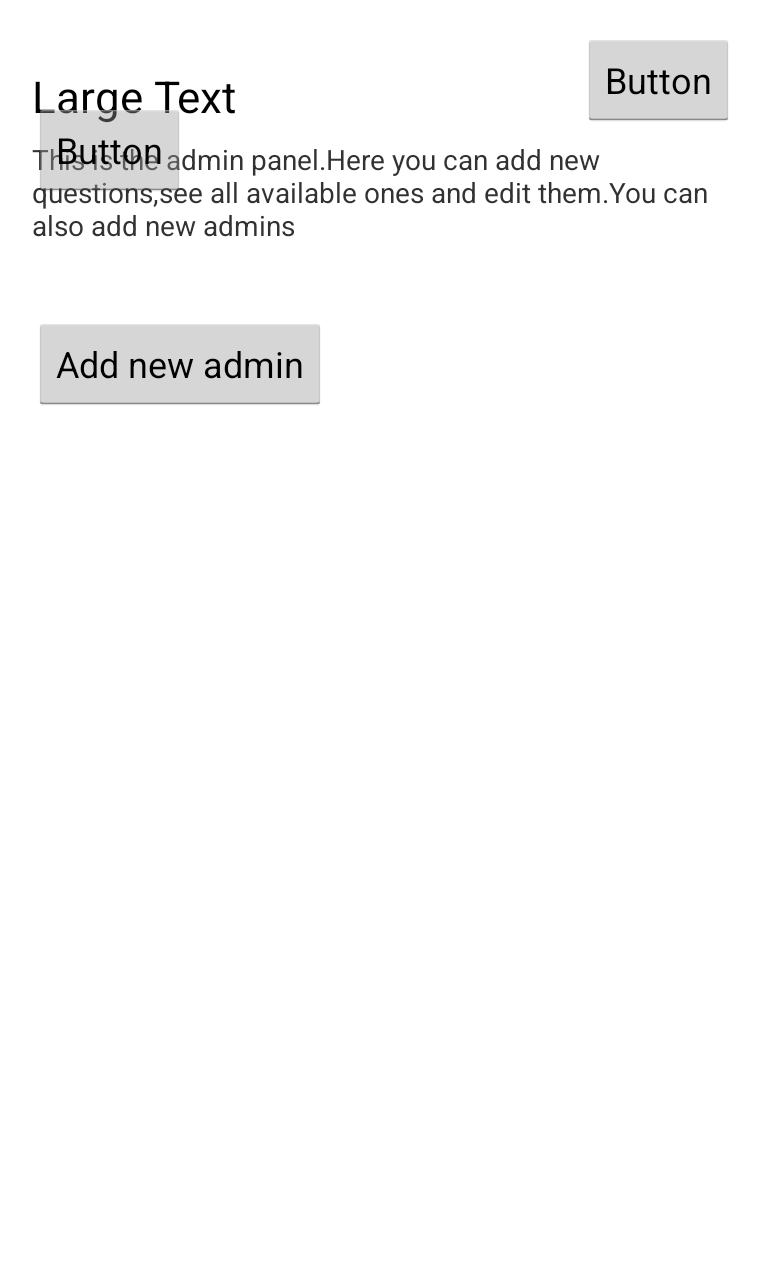
Repository: Sharkeysps/AndroidProjects
Layout: AndroidQuiz/Quiz/res/layout/activity_admin_panel.xml
An editor plug-in stored every save of this project. The layout is shown before and after the next save, followed by the edit.
It is drawn on a 768 x 1280 px phone screen (xhdpi) without system bars, with theme AppTheme; the app's code is not run.

Above is the layout before, as saved 2014-02-01 06:12:49.

After the next save:
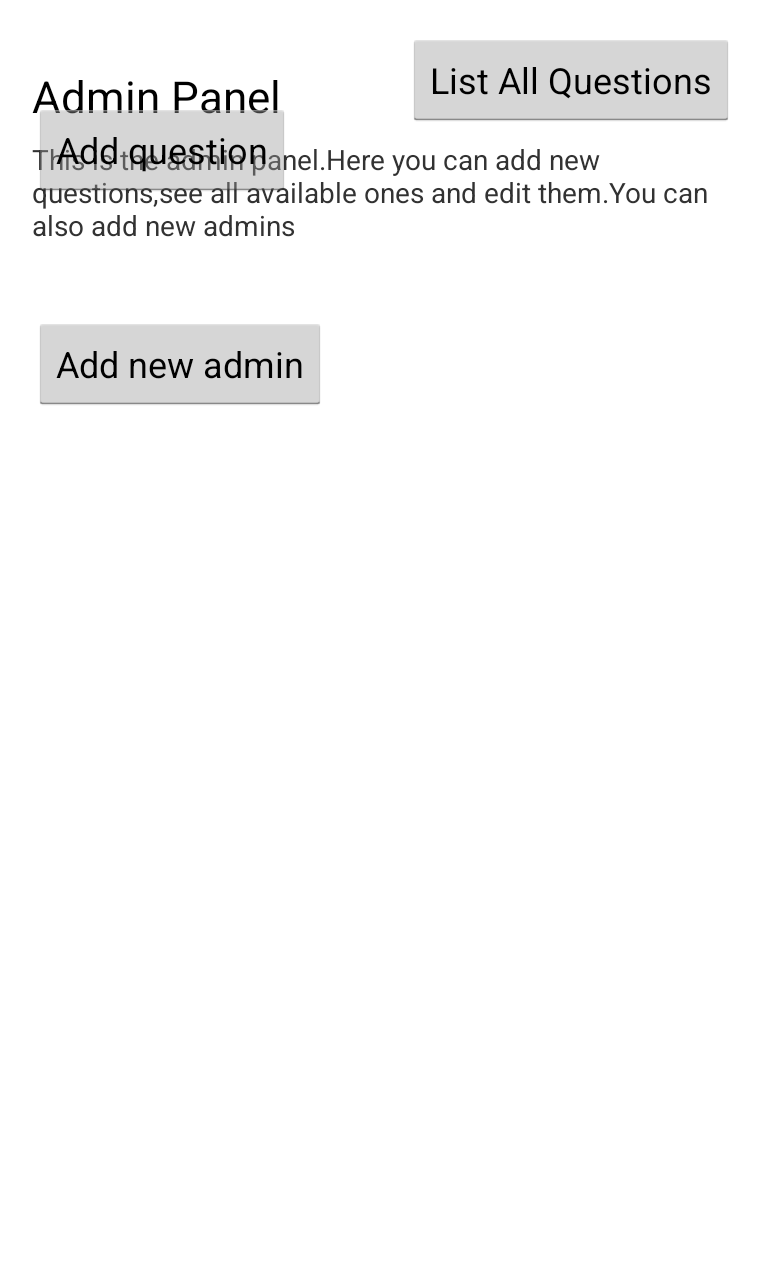
Saved 48 s later.
--- a/AndroidQuiz/Quiz/res/layout/activity_admin_panel.xml
+++ b/AndroidQuiz/Quiz/res/layout/activity_admin_panel.xml
@@ -24,7 +24,7 @@
         android:layout_alignLeft="@+id/textView2"
         android:layout_alignParentTop="true"
         android:layout_marginTop="17dp"
-        android:text="Large Text"
+        android:text="Admin Panel"
         android:textAppearance="?android:attr/textAppearanceLarge" />
 
     <Button
@@ -37,21 +37,21 @@
         android:text="Add new admin" />
 
     <Button
-        android:id="@+id/button2"
+        android:id="@+id/listQuestions"
         android:layout_width="wrap_content"
         android:layout_height="wrap_content"
         android:layout_alignBaseline="@+id/button1"
         android:layout_alignBottom="@+id/button1"
         android:layout_alignRight="@+id/textView2"
-        android:text="Button" />
+        android:text="List All Questions" />
 
     <Button
-        android:id="@+id/button3"
+        android:id="@+id/addQuestion"
         android:layout_width="wrap_content"
         android:layout_height="wrap_content"
         android:layout_alignLeft="@+id/button1"
         android:layout_below="@+id/button1"
         android:layout_marginTop="35dp"
-        android:text="Button" />
+        android:text="Add question" />
 
 </RelativeLayout>
